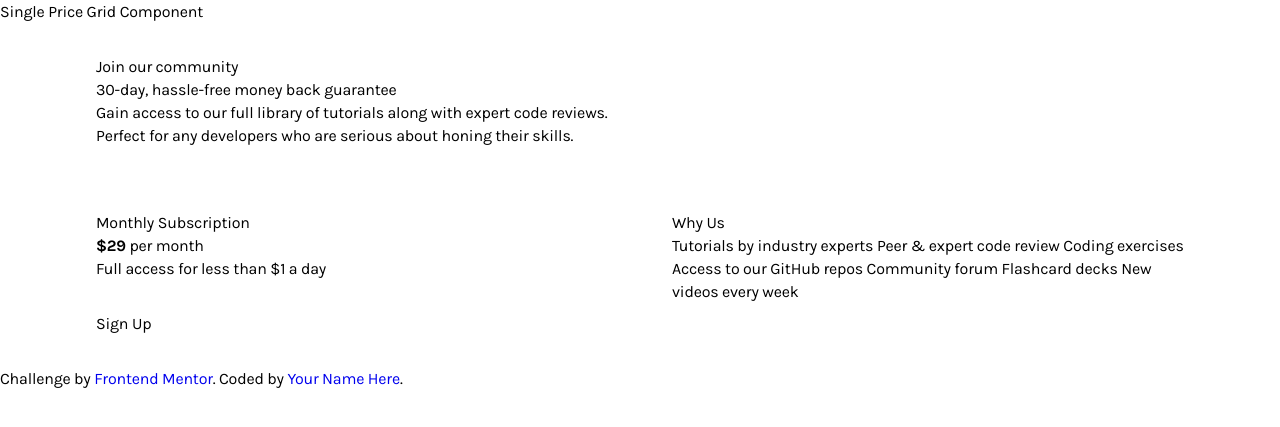
Repository: bangjuyoung/bangjuyoung
Page: practice/frontend-mentor/single-price-grid-component/index.html
These files come from the project's save history. The page is drawn as it stood at one moment and after the next save; the edit follows.
The browser window is 1280 px wide. The pictures show the whole page.

Above is the page before, as saved 2019-06-16 12:42:43.

### practice/frontend-mentor/single-price-grid-component/index.html
<!DOCTYPE html>
<html lang="en">

<head>
  <meta charset="UTF-8">
  <meta name="viewport" content="width=device-width, initial-scale=1.0">
  <title>Frontend Mentor | Single Price Grid Component</title>
  <link rel="icon" type="image/png" sizes="32x32" href="./images/favicon-32x32.png">
  <link rel="stylesheet" href="../../../assets/css/base.css">
  <link href="https://fonts.googleapis.com/css?family=Karla:400,700&display=swap" rel="stylesheet">
  <link rel="stylesheet" href="./default.css">
</head>

<body>
  <main role="main">
    <h1>Single Price Grid Component</h1>
    <article class="single-price">

      <section class="single-price__primary single-price__divider">
        <div class="single-price__body">
          <h2 class="single-price__title">Join our community</h2>
          <h3 class="single-price__subtitle">30-day, hassle-free money back guarantee</h3>
          <p>Gain access to our full library of tutorials along with expert code reviews.</p>
          <p>Perfect for any developers who are serious about honing their skills.</p>
        </div>
      </section>

      <div class="single-price__secondary">
        <section class="single-price__divider">
          <div class="single-price__body">
            <h3 class="single-price__subtitle">Monthly Subscription</h3>
            <p><strong>&dollar;29</strong> per month</p>
            <p>Full access for less than &dollar;1 a day</p>
          </div>
          <footer class="single-price__footer">
            <a class="btn btn-secondary btn-block">Sign Up</a>
          </footer>
        </section>

        <section class="single-price__divider">
          <div class="single-price__body">
            <h4 class="single-price__subtitle">Why Us</h4>
            <p>
              Tutorials by industry experts
              Peer &amp; expert code review
              Coding exercises
              Access to our GitHub repos
              Community forum
              Flashcard decks
              New videos every week
            </p>
          </div>
        </section>
      </div>

    </article>
  </main>


  <footer role="contentinfo">
    <p class="attribution">
      Challenge by <a href="https://www.frontendmentor.io?ref=challenge" target="_blank" rel="noopener">Frontend
        Mentor</a>.
      Coded by <a href="#">Your Name Here</a>.
    </p>
  </footer>
</body>

</html>

### assets/css/base.css
@charset "UTF-8";

/*
// Base
//
// Normalization of HTML elements, manually forked from Normalize.css to remove
// styles targeting irrelevant browsers while applying new styles.
//
// Normalize is licensed MIT. https://github.com/necolas/normalize.css
*/

/*
 * Document
 */

*,
*::before,
*::after {
  /* padding 과 border 가 요소 너비에 포함되도록 설정 */
  box-sizing: border-box;
}

html {
  /* 모든 브라우저에 기본 폰트 및 line-height 설정 */
  font-family: sans-serif;
  line-height: 1.15;
  /* window 폰의 IE 나 iOS 에서 방향 변경시 폰트 사이즈 수정되는 현상 막음 */
  -webkit-text-size-adjust: 100%;
  /* @viewport 설정시 IE11 과 Edge 에서 스크롤바가 컨텐트에 겹치므로 겹치지 않고 자동 숨김 되지 않도록 강제 */
  -ms-overflow-style: scrollbar;
  /* iOS 에서 완전히 투명으로 보이기 위해 기본 탭 하이라이트 변경 */
  -webkit-tap-highlight-color: rgba(0, 0, 0, 0);
}

/* IE10 이하 및 오래된 브라우저에서 새 HTML5 요소들 맞게 표시 */
article,
aside,
figcaption,
figure,
footer,
header,
hgroup,
main,
nav,
section {
  display: block;
}

/* 여백 초기화 */
body,
h1,
h2,
h3,
h4,
h5,
h6,
p,
ol,
ul,
dl,
blockquote,
pre,
figure,
input,
button,
select,
optgroup,
textarea,
fieldset {
  margin: 0;
}

/*
 * Body
 */

/*
  -apple-system, // Safari for OS X and iOS (San Francisco)
  BlinkMacSystemFont, // Chrome < 56 for OS X (San Francisco)
  "Segoe UI", // Windows
  "Roboto", // Android
  "Helvetica Neue", Arial, sans-serif, // Basic web fallback
  "Apple Color Emoji", "Segoe UI Emoji", "Segoe UI Symbol" !default; // Emoji fonts
 */

body {
  font-family: -apple-system, BlinkMacSystemFont, 'Segoe UI', Roboto,
    'Helvetica Neue', Arial, Noto Sans, sans-serif, 'Apple Color Emoji',
    'Segoe UI Emoji', 'Segoe UI Symbol', 'Noto Color Emoji';
  font-size: 1rem;
  font-weight: 400;
  line-height: 1.5;
  /* 명시적으로 기본값을 지정해 하위 요소들이 상속 받을 수 있게 함 */
  text-align: left;
  /* 기본 배경색 지정 */
  background-color: #fff;
}

body,
input,
textarea,
select,
button {
  font-synthesis: none;
  -moz-font-feature-settings: 'kern';
  -webkit-font-smoothing: antialiased;
  -moz-osx-font-smoothing: grayscale;
}

/*
 * Future-proof rule: in browsers that support :focus-visible,
 * focus outline 을 표시하지 않는 요소에 프로그램적으로 포커스가 갔을때 focus outline 숨김
 *
 * See https://developer.mozilla.org/en-US/docs/Web/CSS/:focus-visible
 * and https://developer.paciellogroup.com/blog/2018/03/focus-visible-and-backwards-compatibility/
 */
[tabindex='-1']:focus:not(:focus-visible) {
  outline: 0 !important;
}

/*
 * Content grouping
 *
 */

hr {
  box-sizing: content-box;
  height: 0;
  /* Edge와 ie에서 overflow 표시 */
  overflow: visible;
}

/*
 * Typography
 */

h1,
h2,
h3,
h4,
h5,
h6 {
  font-size: inherit;
  font-weight: inherit;
}

/*
 * Abbreviations
 */

abbr[title] {
  /* Chrome, Edge, IE, Opera, 그리고 Safari 에서 테스트 표시줄 스타일 정정 */
  text-decoration: underline;
  text-decoration: underline dotted;
  /* 바뀐 행위를 나타내기 위해 명시적으로 커서를 추가 */
  cursor: help;
  /* Firefox 39이하에서 나타나는 테스트 하단 테투리 제거 */
  border-bottom: 0;
  /* 텍스트 표시줄이 건너뛰지 않도록 설정 */
  text-decoration-skip-ink: none;
}

address {
  font-style: normal;
  line-height: inherit;
}

b,
strong {
  /* Chrome, Edge, 그리고 Safari 에서 올바른 글자 굵기 정정 */
  font-weight: bolder;
}

small {
  /* 모든 브라우저에서 글자 크기 정정 */
  font-size: 85%;
}

/*
 * 모든 브라우저에서 sub 과 sup 요소들이 즐 간격 영향 받지 않도록 설정
 */

sub,
sup {
  position: relative;
  font-size: 75%;
  line-height: 0;
  vertical-align: baseline;
}

sub {
  bottom: -0.25em;
}

sup {
  top: -0.5em;
}

/*
 * Links
 */

a {
  text-decoration: none;
  /* IE 10 에서 현재 열려 있는 링크에 나타나는 회색배경색을 제거 */
  background-color: transparent;
}

a:hover {
  text-decoration: underline;
}

/*
 * tablindex 없이는 명시적으로 키보드 포커스가 가능하지 않도록 href 속성이 없는 플레이스 홀더 링크/네임 앵커에 대한 스타일 재지정
 * 단순히 a[href] 로 스타일 지정이 간단할 수 있지만, 많은 다른 스타일내에서 고치기엔 복잡한 특정 이슈 유발 가능성 존재
 * See https://github.com/twbs/bootstrap/issues/19402
 */

a:not([href]):not([tabindex]) {
  color: inherit;
  text-decoration: none;
}

a:not([href]):not([tabindex]):hover,
a:not([href]):not([tabindex]):focus {
  color: inherit;
  text-decoration: none;
}

a:not([href]):not([tabindex]):focus {
  outline: 0;
}

/*
 * Code
 */

pre,
code,
kbd,
samp {
  font-family: SFMono-Regular, Menlo, Monaco, Consolas, 'Liberation Mono',
    'Courier New', monospace;
  /* 모든 브라우저에서 이상한 em 글자 크기 정정 */
  font-size: 1em;
}

pre {
  /* 바깥 영역을 깨지 않도록 내용 영역 오버플로우 설정 */
  overflow: auto;
  /* IE11 와 Edge 에서 @viewport 설정시 스크롤바가 내용을 덮는 현상에서 내용 덮지 않고 자동으로 숨겨지지 않도록 재지정  */
  -ms-overflow-style: scrollbar;
}

/*
 * Images and content
 */

img {
  vertical-align: middle;
  /* IE10 이하에서 링크 내 이미지 요소들에 테두리 제거 */
  border-style: none;
}

svg {
  /*
     * IE10/11 에서 오버플로우 되는 버그로 인해 필요
     * See https://github.com/twbs/bootstrap/issues/26878
     */
  overflow: hidden;
  vertical-align: middle;
}

/*
 * Tables
 */

table {
  /* Prevent double borders 테두리들이 맞 닿았을 때 합쳐지도록 설정 */
  border-collapse: collapse;
}

/* body 요소나 가장 가까운 부모로 부터 지정된 텍스트 정렬 요소를 상속해 td 요소 정렬과 일치 */
caption,
th {
  text-align: inherit;
}

/*
 * Forms
 */

/*
 * macOS Chrome 에서 추가되는 기본 border-radius  제거
 * Details at https://github.com/twbs/bootstrap/issues/24093
 */
button {
  border-radius: 0;
}

/* Firefox/IE 에서 button 배경색이 투명일 때 기본 button 포커스 스타일이 손실되는 버그 피함
 * Credit: https://github.com/suitcss/base/
 */
button:focus {
  outline: 1px dotted;
  outline: 5px auto -webkit-focus-ring-color;
}

input,
button,
select,
optgroup,
textarea {
  font-family: inherit;
  font-size: inherit;
  line-height: inherit;
}

button,
input {
  /* Edge 에서 overflow 보임  */
  overflow: visible;
}

button,
select {
  /* Firefox 에서 텍스트 변형 상속되는 것을 제거 */
  text-transform: none;
}

/* 1. Android 4 에서 기본 audio 와 video 컨트롤이 제거되는 WebKit 버그 제거 */
button,
[type="button"],
/* 1 */
[type="reset"],
[type="submit"] {
  /* iOS 와 Safari 에서 클릭 가능한 타입으로 스타일 정정  */
  -webkit-appearance: button;
}

/* Firefox 에서 안쪽 테두리와 여백 제거하고 Normalize 처럼 outline 을 복원하지 않음 */
button::-moz-focus-inner,
[type='button']::-moz-focus-inner,
[type='reset']::-moz-focus-inner,
[type='submit']::-moz-focus-inner {
  padding: 0;
  border-style: none;
}

/* IE 10 이하에서 box sizing 정정 추가 및 padding 제거 */
input[type='radio'],
input[type='checkbox'] {
  box-sizing: border-box;
  padding: 0;
}

input[type='date'],
input[type='time'],
input[type='datetime-local'],
input[type='month'] {
  /* Mobile Safari 에서 line-height 설정시 텍스트가 input 내 수직 중양 정렬되지 않는 버그를 피하기 위해 시간 input 기본 모양 제거
    // See https://bugs.webkit.org/show_bug.cgi?id=139848
    // and https://github.com/twbs/bootstrap/issues/11266
    */
  -webkit-appearance: listbox;
}

textarea {
  /* IE 에서 기본 수직 스크롤바 제거 */
  overflow: auto;
  /* textarea 는 수직으로만 리사이즈 되도록 설정 */
  resize: vertical;
}

fieldset {
  /*
     * fieldsets 은 min-width이 min-content 로 일반 블록 요소처럼 min-width 재지정
     * See https://github.com/twbs/bootstrap/issues/12359
     * and https://html.spec.whatwg.org/multipage/#the-fieldset-and-legend-elements
     * 페이지 레이아웃에 영향을 주지 않도록 기본 스타일 리셋
     */
  min-width: 0;
  padding: 0;
  border: 0;
}

/* 1. Edge 와 IE 에서 텍스트 래핑 정정 */
legend {
  display: block;
  width: 100%;
  /* 1 */
  max-width: 100%;
  margin-bottom: 0.5rem;
  padding: 0;
  font-size: 1.5rem;
  /* IE 에서 fieldset 요소로 부터 색상 상속하도록 정정 */
  color: inherit;
  line-height: inherit;
  /* 1 */
  white-space: normal;
}

progress {
  /* Chrome, Firefox, Opera 에서 vertical alignment 스타일 추가 */
  vertical-align: baseline;
}

[type='number']::-webkit-inner-spin-button,
[type='number']::-webkit-outer-spin-button {
  /* Chrome 에서 증감 버튼 커서 스타일 정정 */
  height: auto;
}

[type='search'] {
  /*
     * iOS 에서 검색 input 의 추가적인 둥근 코너를 오버라이드하여
     * 기본 form-control 클래스 스타일이 적절히 스타일 적용될 수 있도록 함
     * https://github.com/twbs/bootstrap/issues/11586.
     * Safari 에서 outline 스타일 정정
     */
  outline-offset: -2px;
  -webkit-appearance: none;
}

/*
 * macOS 에서 Chrome 과 Safari 에서 안쪽 여백 제거
 */

[type='search']::-webkit-search-decoration {
  -webkit-appearance: none;
}

::-webkit-file-upload-button {
  font: inherit;
  /* iOS 와 Safari 에서 클릭가능한 타입으로 정정 */
  -webkit-appearance: button;
}

/*
* 요소 디스플레이 정정
*/

output {
  display: inline-block;
}

summary {
  /* 모든 브라우저에서 적절한 디스플레이 속성 추가 */
  display: list-item;
  cursor: pointer;
}

template {
  /* IE에서 필요 */
  display: none;
}

[hidden] {
  /* hidden 속성을 가진 HTML 요소는 항상 숨김 (from PureCSS), IE 10 이하에서 필요 */
  display: none !important;
}

### practice/frontend-mentor/single-price-grid-component/default.css
@charset "UTF-8";

html {
    font-size: 15px;
}

body {
    font-family: 'Karla', sans-serif;
    letter-spacing: -0.013em;
    line-height: 1.44;
}

@media (min-width: 48rem) {
    html {
        font-size: 16px;
    }
}


/*
 * single-price
 */
.single-price {
    max-width: 36rem;
    margin-left: auto;
    margin-right: auto;
}

.single-price__divider {}

.single-price__header {
    padding: 2rem 2rem 0
}

.single-price__body {
    padding: 2rem;
}

.single-price__footer {
    padding: 0 2rem 2rem;
}

@media (min-width: 74rem) {
    .single-price {
        max-width: 72rem;
    }

    .single-price__secondary::after {
        content: '';
        display: block;
        clear: both;
    }

    .single-price__secondary .single-price__divider {
        float: left;
        width: 50%;
    }
}


/*
 * theme
 */
.text-primary {
    color: hsl(179, 62%, 43%);
}

.text-primary--gray {
    color: hsl(218, 22%, 67%);
}

.text-sedondary {
    color: hsl(71, 73%, 54%);
}

.text-gray--pale {
    color: hsl(204, 43%, 93%);
}

After the next save:
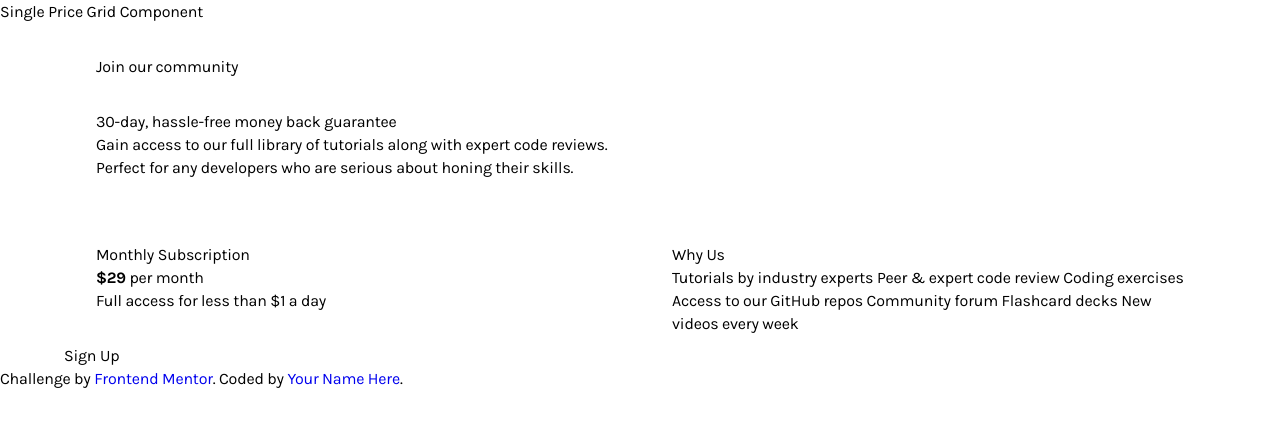
Saved 43 s later.
--- a/practice/frontend-mentor/single-price-grid-component/default.css
+++ b/practice/frontend-mentor/single-price-grid-component/default.css
@@ -26,18 +26,16 @@ body {
     margin-right: auto;
 }
 
-.single-price__divider {}
-
-.single-price__header {
-    padding: 2rem 2rem 0
-}
-
 .single-price__body {
     padding: 2rem;
 }
 
-.single-price__footer {
-    padding: 0 2rem 2rem;
+.single-price__title {
+    margin-bottom: 2rem;
+}
+
+.single-price__tsubitle {
+    margin-bottom: 1rem;
 }
 
 @media (min-width: 74rem) {
